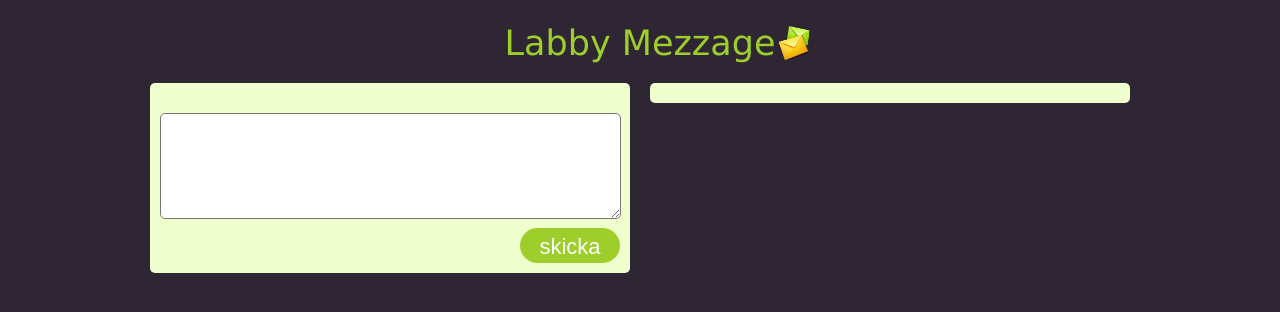
Repository: ad222kr/1dv403-laborationer
Page: 2-labbymezzage/index.html
The author's editor kept a record of every edit. The page is drawn from the files as they stood at one moment, then again after the next edit.
The browser window is 1280 px wide. The pictures show the whole page.

Above is the page before.

### 2-labbymezzage/index.html
<!DOCTYPE HTML>
<html lang="sv">
    <head>
        <meta charset="UTF-8" />
        <title>Laboration 2 - Labby Mezzage!</title>
        <link rel="stylesheet" href="css/style.css" />

    </head>

    <body>
        <div id ="container">
            <header><h1>Labby Mezzage</h1></header>
            <div id="content">
                  <div id="board1" class="messages"></div>
                  <div id="board2" class="messages"></div>
            </div>
        </div>
        <script src="js/Message.js"></script>
        <script src="js/MessageBoard.js"></script>
        <script  src="js/run.js"></script>
    </body>
</html>

### 2-labbymezzage/css/style.css
body{
    background-color: #2E2633; /* Ändra sen */
    font-family: Verdana, Helvetica;

}

h1{

    color:#9dce2c;
    font-size: 35px;
    font-weight: normal;
}
p{
    color: black;
}

header{
    background-image: url("pics/logo.png");
    background-size: 35px 35px;
    background-repeat: no-repeat;
    background-position: 66%;
    text-align: center;
    height: 40px;
    line-height: 40px;
    margin-bottom:10px;
}

.textarea{
    width: 455px;
    height: 100px;
    -webkit-border-radius: 5px;
    -moz-border-radius: 5px;
    border-radius: 5px;
    margin-top:20px;
}

#container{
    width: 1000px;
    margin: 0px auto;
}



.button{
    border: 0px;
	background-color:#9dce2c;
	-webkit-border-top-left-radius:42px;
	-moz-border-radius-topleft:42px;
	border-top-left-radius:42px;
	-webkit-border-top-right-radius:42px;
	-moz-border-radius-topright:42px;
	border-top-right-radius:42px;
	-webkit-border-bottom-right-radius:42px;
	-moz-border-radius-bottomright:42px;
	border-bottom-right-radius:42px;
	-webkit-border-bottom-left-radius:42px;
	-moz-border-radius-bottomleft:42px;
	border-bottom-left-radius:42px;
	display:inline-block;
	color:#ffffff;
	font-size:22px;
	font-weight:normal;
	font-style:normal;
	height:35px;
	line-height:35px;
	width:100px;
	text-decoration:none;
	text-align:center;
	margin-left: 360px;
	margin-top: 5px;
}

.button:hover{
    background:-webkit-gradient( linear, left top, left bottom, color-stop(0.05, #8cb82b), color-stop(1, #9dce2c) );
	background:-moz-linear-gradient( center top, #8cb82b 5%, #9dce2c 100% );
	background-color:#8cb82b;
}

.button:active{
    position: relative;
    top: 1px;
}

.numberofmess{
    color: black;
    font-size: 11px;
    float: right;
    margin-bottom: -25px;
}

.messages{
    background: #EFFFCD;
    border-color: #000000;
    padding: 10px;
    -webkit-border-radius: 5px;
    -moz-border-radius: 5px;
    border-radius: 5px;
	color:white;
	width:460px;
	margin:10px;
    float: left
    ;
}

.message{

    margin-bottom: 5px;
    font-size: 12px;
    border: solid 1px;
    background: #cdeb8b;
    padding: 4px;
}

.delete{
    height: 20px;
    width: 20px;
}
.time{
    height: 20px;
    width: 20px;
}

.buttons{
    float: right;
    margin-left: 200px;
    margin: 0 0 1em 1em;

}

.msgtext{
    width: 400px;
    text-align: justify;
    margin-top:-1px;
    word-wrap: break-word;
    display: block;

}

.timestamp{
    margin-left:405px;
    margin-bottom:-2px;
    font-size:10px;
}

### 2-labbymezzage/js/Message.js
"use strict";
function Message(message, date){


    this.getText = function(){
        return message;
    };
    this.setText = function(_text){
        message = _text;
    };
    this.getDate = function(){
        return date;
    };
    this.setDate = function(_date){
        date = _date;
    };
}

Message.prototype.getDateText = function(){
    // Hittade på http://stackoverflow.com/a/3067896
    var date = this.getDate();
    var hour = date.getHours().toString();
    var minute = date.getMinutes().toString();
    var seconds = date.getSeconds().toString();

    var dateText = hour + ":" + minute +":" + (seconds.length == 2 ? seconds : "0" + seconds);

    return dateText;

};
Message.prototype.toString = function(){

    var monthNames = [ "Januari", "Februari", "Mars", "April", "Maj", "Juni",
    "Juli", "Augusti", "September", "Oktober", "November", "December" ];

    var date = this.getDate();
    console.log(date);
    var year = date.getFullYear().toString();
    var month = monthNames[date.getMonth()];
    var day = date.getDate().toString();
    var hour = date.getHours().toString();
    var minute = date.getMinutes().toString();
    var seconds = date.getSeconds().toString();

    var dateTest = "Inlägget skapades den " +day+" "+month+ " "+year+" klockan "+hour+":"+minute+":"+seconds;
    return dateTest;
};
Message.prototype.getHTMLtext = function(){
    var htmlText = this.getText();
    return htmlText.replace(/[\n\r]/g, "<br/>");
};

### 2-labbymezzage/js/MessageBoard.js
"use strict";
function MessageBoard(boardID){

    var that = this;
    var messages = [];

    this.init = function(){
        // Init function that initiates the board, creating a button and a textfield

        // Reference to the boardID
        var div = document.getElementById(boardID);

        // Create a text-field
        var textarea = document.createElement("textarea");
        textarea.className = "textarea";
        div.appendChild(textarea);

        // Create a send-button
        var inputButton = document.createElement("input");
        inputButton.type = "button";
        inputButton.value = "skicka";
        inputButton.className = "button";
        div.appendChild(inputButton);

        // Add eventlisteners
        inputButton.addEventListener("click", that.createMessage, false);
    };

    this.createMessage = function(){
        var input = document.getElementsByClassName("textarea")[0].value;
        var mess = new Message(input, new Date());

        // Adds message to array and renders it

        messages.push(mess);
        console.log(messages[0]);
    };


}

MessageBoard.prototype.asd = function(){



    // Create send-button
    var inputButton = document.createElement("input");
    inputButton.type = "button";
    inputButton.value = "skicka";
    inputButton.className = "button";
    boardID.appendChild(inputButton);

    // Add eventhandlers
    inputButton.addEventListener("click", this.createMessage, false);

};

MessageBoard.prototype.createMessage = function(){
    var input = document.querySelector("textarea").value;
    var mess = new Message(input, new Date());
};

MessageBoard.prototype.renderMessage = function(){

};

### 2-labbymezzage/js/run.js
"use strict";
window.onload = function(){
    var board1 = new MessageBoard("board1");

    board1.init();

};

After the next edit:
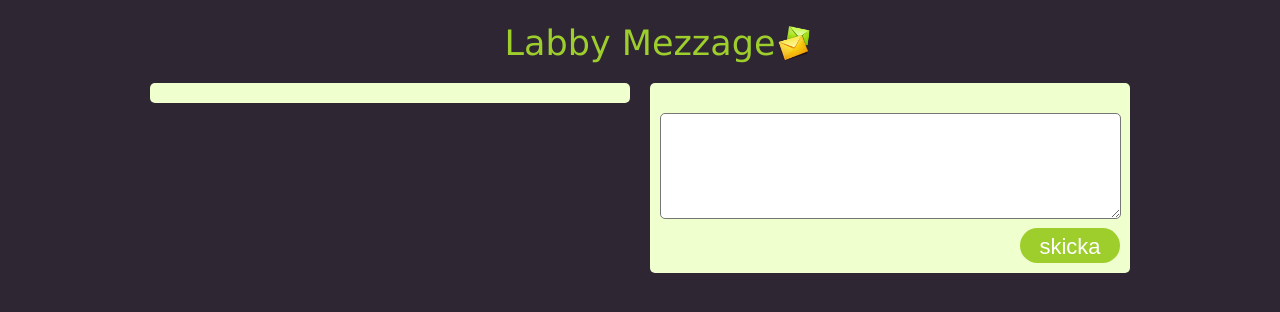
The edit:
--- a/2-labbymezzage/js/run.js
+++ b/2-labbymezzage/js/run.js
@@ -1,6 +1,6 @@
 "use strict";
 window.onload = function(){
-    var board1 = new MessageBoard("board1");
+    var board1 = new MessageBoard("board2");
 
     board1.init();
 

After the edit that followed:
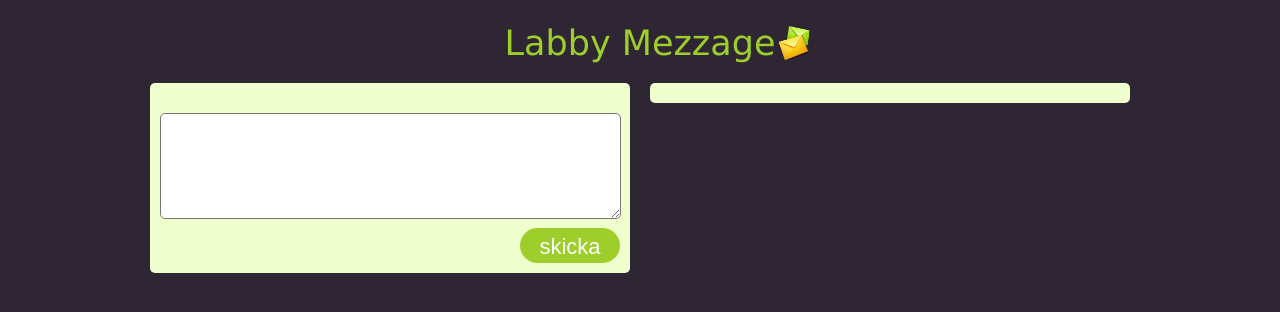
The edit:
--- a/2-labbymezzage/js/run.js
+++ b/2-labbymezzage/js/run.js
@@ -1,6 +1,7 @@
 "use strict";
 window.onload = function(){
-    var board1 = new MessageBoard("board2");
+    var board1 = new MessageBoard("board1");
+    var board2 = new MessageBoard("board2");
 
     board1.init();
 
